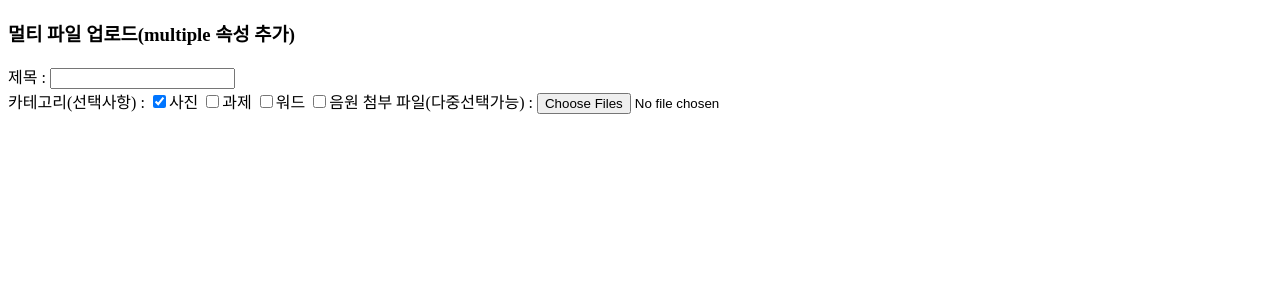
Repository: Park-Dongheon/Servlet-JSP_Training
Page: http://localhost/MustHaveJSP/13FileUpload/MultiFileUploadMain.jsp
An editor plug-in stored every save of this project. The page is shown before and after the next save, followed by the edit.
The browser window is 1280 px wide. The pictures show the whole page.
The page is served by Tomcat 10.

Above is the page before, as saved 2024-06-26 08:25:55.

After the next save:
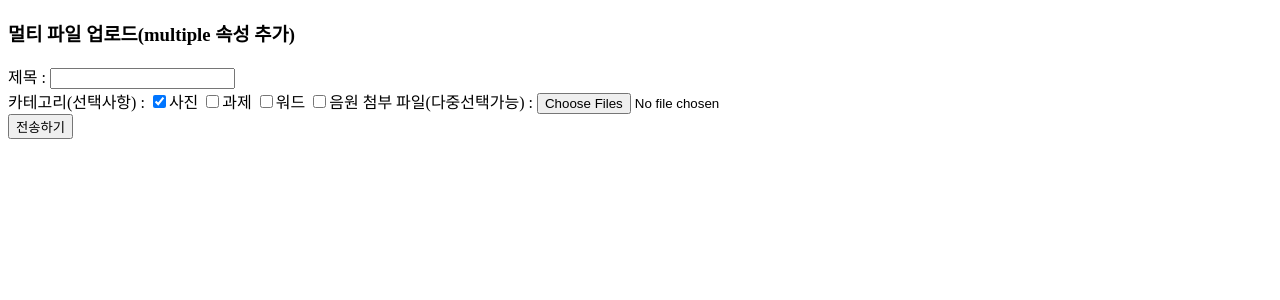
Saved 35 s later.
--- a/MustHaveJSP/src/main/webapp/13FileUpload/MultiFileUploadMain.jsp
+++ b/MustHaveJSP/src/main/webapp/13FileUpload/MultiFileUploadMain.jsp
@@ -30,6 +30,8 @@
 			<input type="checkbox" name="cate" value="워드" />워드
 			<input type="checkbox" name="cate" value="음원" />음원
 		첨부 파일(다중선택가능) : <input type="file" name="ofile" multiple />
+ <br />
+ 		<input type="submit" value="전송하기" />
 	</form>
 </body>
 </html>
